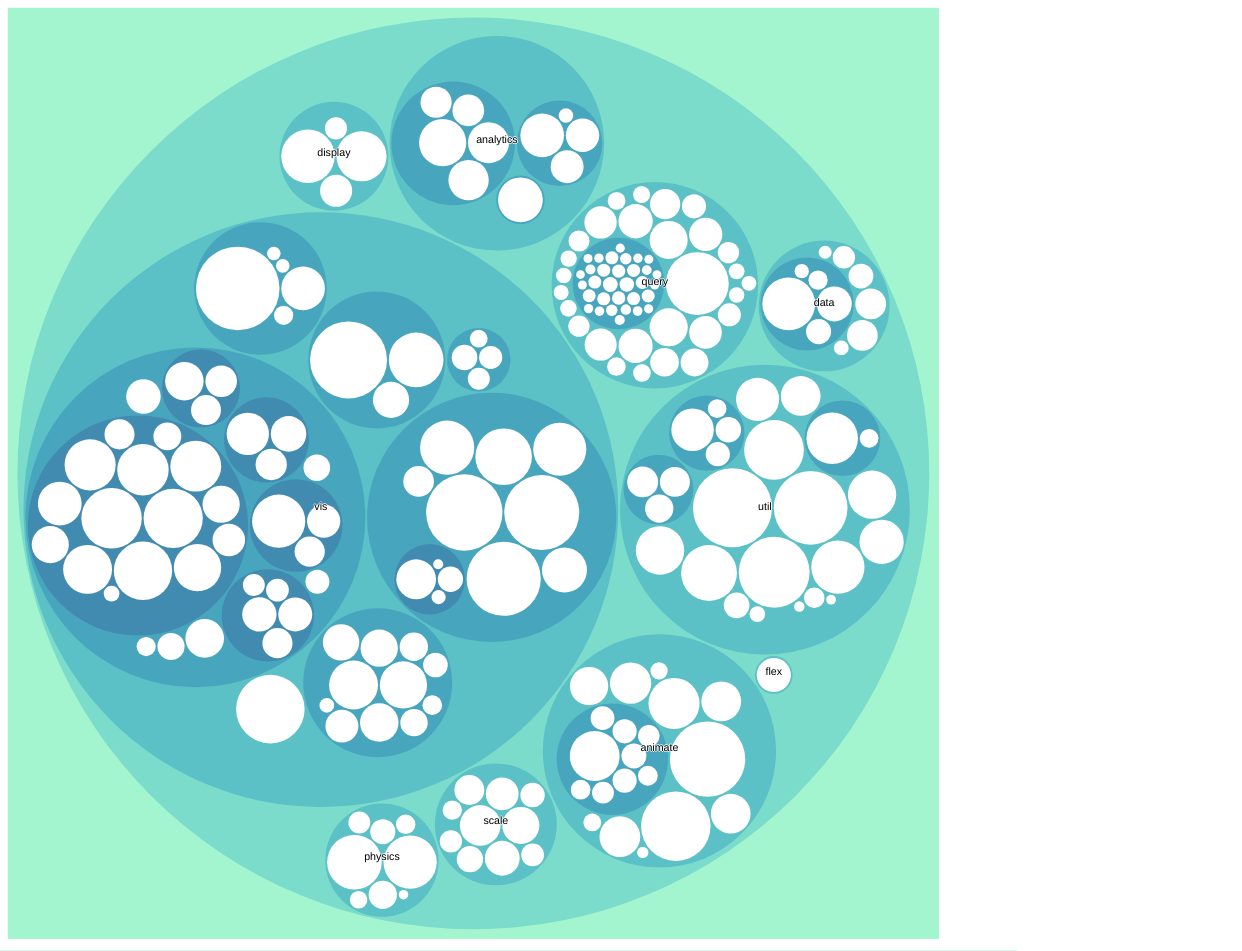
Repository: m0llyc00k/ms-2
Page: clusters/index.html
The author's editor kept a record of every edit. The page is drawn from the files as they stood at one moment, then again after the next edit.
The browser window is 1280 px wide. The pictures show the whole page, at 97% of full size.

Above is the page before.

After the next edit:
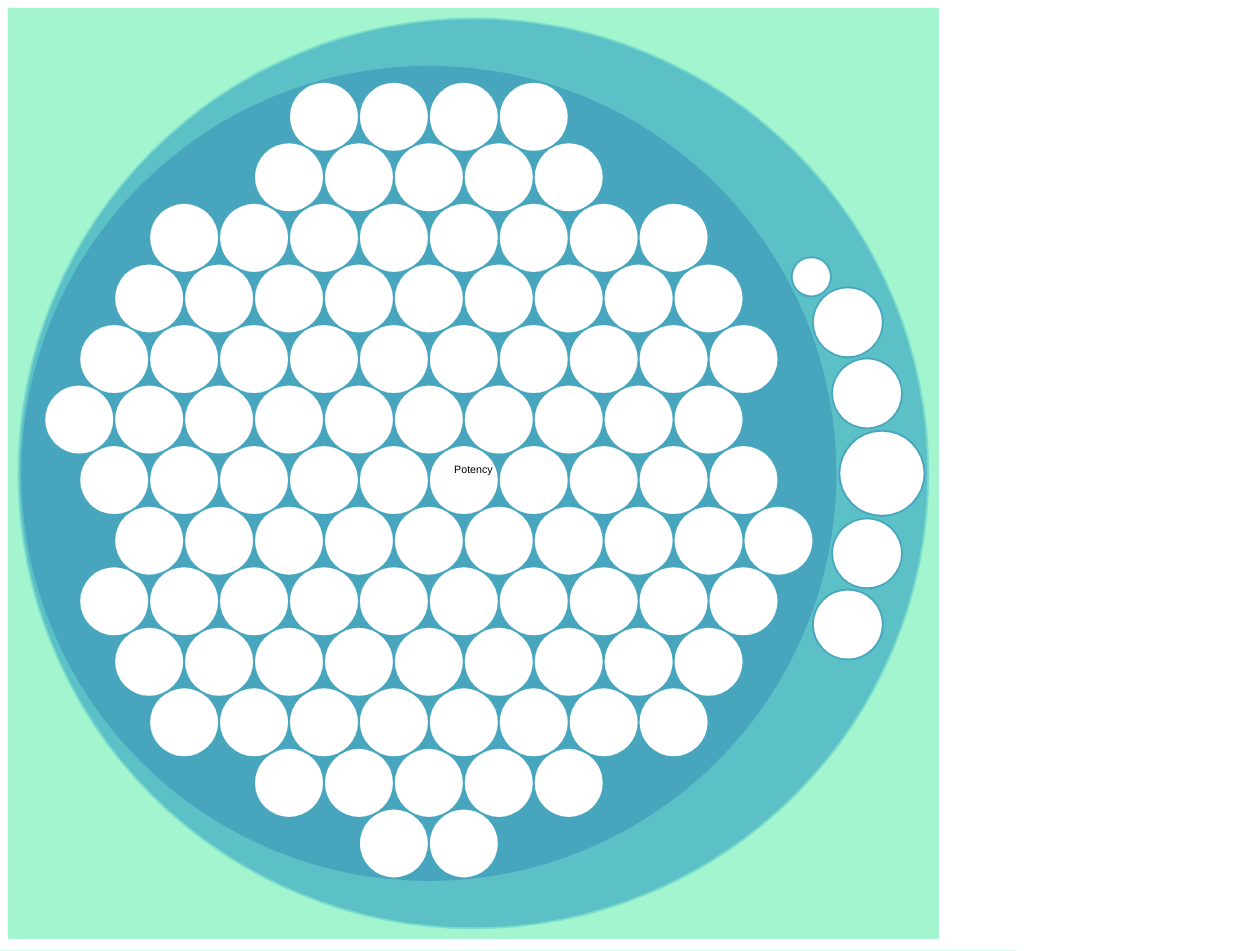
The edit:
--- a/clusters/index.html
+++ b/clusters/index.html
@@ -46,9 +46,8 @@
     .size([diameter - margin, diameter - margin])
     .padding(2);
 
-// d3.json("flare.json", function(error, root) {
-//   if (error) throw error;
-d3.json("flare.json").then(function(root) {
+
+d3.json("morph.json").then(function(root) {
 
 
   root = d3.hierarchy(root)
